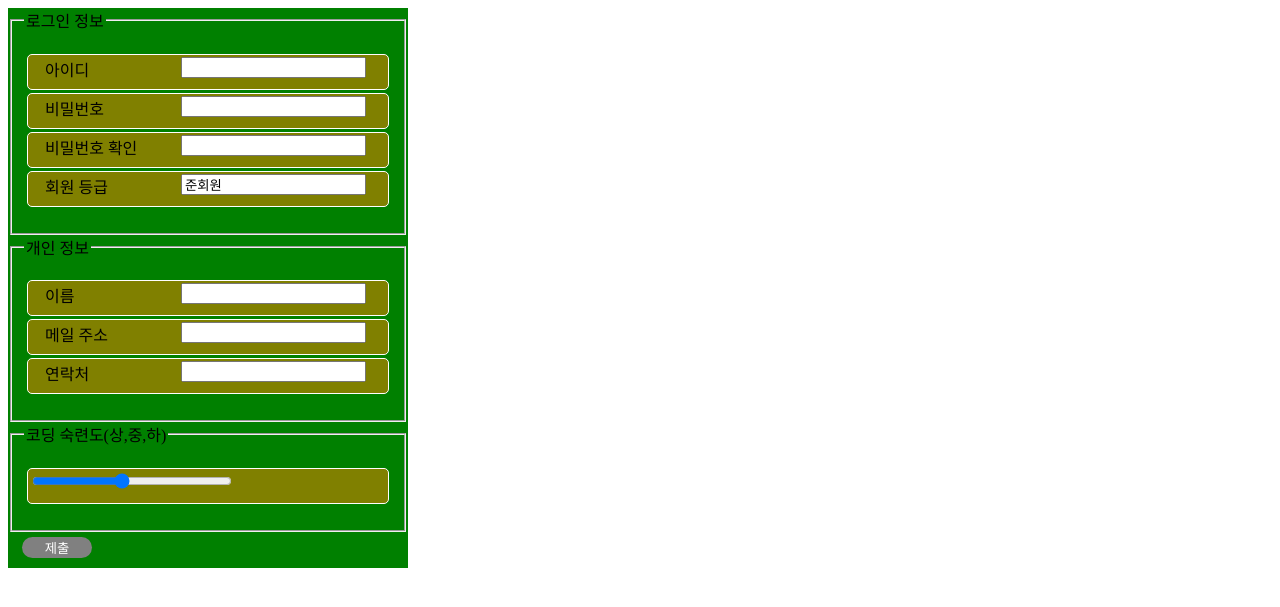
Repository: giwon8701/Qclass_KH
Page: Workspace_Java/testWebProject/test.html
An editor plug-in stored every save of this project. The page is shown before and after the next save, followed by the edit.
The browser window is 1280 px wide. The pictures show the whole page.

Above is the page before, as saved 2021-01-11 02:40:27.

### Workspace_Java/testWebProject/test.html
<head>
</head><!doctype html>
<html lang="ko">
<head>
<meta charset="UTF-8">
<link href="test_css.css" rel="stylesheet" type="text/css">
</head>

<body>
<form class="navi">
	<fieldset>
		<legend>로그인 정보</legend>
		<ol>
			<li>
				<label>아이디</label>
				<input type="text" id="id">
			</li>

			<li>
				<label>비밀번호</label>
				<input type="text" id="pw">
			</li>

			<li>
				<label>비밀번호 확인</label>
				<input type="text" id="pw_confirm">
			</li>

			<li>
				<label>회원 등급</label>
				<input type="text" id="grade" value="준회원">
			</li>
		</ol>
	</fieldset>

	<fieldset>
		<legend>개인 정보</legend>
		<ol>
			<li>
				<label>이름</label>
				<input type="text" id="name">
			</li>

			<li>
				<label>메일 주소</label>
				<input type="text" id="email">
			</li>

			<li>
				<label>연락처</label>
				<input type="text" id="phone_number">
			</li>
		</ol>
	</fieldset>

	<fieldset>
		<legend>코딩 숙련도(상,중,하)</legend>
		<ol>
			<li>
				<input type="range" id="coding_level" min="1" max="10" step="2">
			</li>
		</ol>
	</fieldset>

	<fieldset class="group_submit">
		<input type="submit" class="btn_submit" value="제출">
	</fieldset>
</form>
</body>
</html>

### Workspace_Java/testWebProject/test_css.css
.navi {
	background: green;
	width: 400px;
}
.navi ol {
	padding: 0px;
}
.navi ol li {
	list-style-type: none;
	border-style: solid;
	border-width: thin;
	border-color: white;
	border-radius: 5px;
	height: 30px;
	margin: 3px;
	padding: 2px;
	background: olive;
}
.navi ol li label {
	width: 100px;
	padding: 15px;
	top:10%;
}
.navi ol li input {
	float: right;
	margin-right: 20px;
}
.group_submit {
	border-style: none;
}
.btn_submit {
	width:70px;
	border-radius: 13px;
	border-style: none;
	background: gray;
	color: white;

}
#coding_level {
	float: left;
	width: 200px;
}

After the next save:
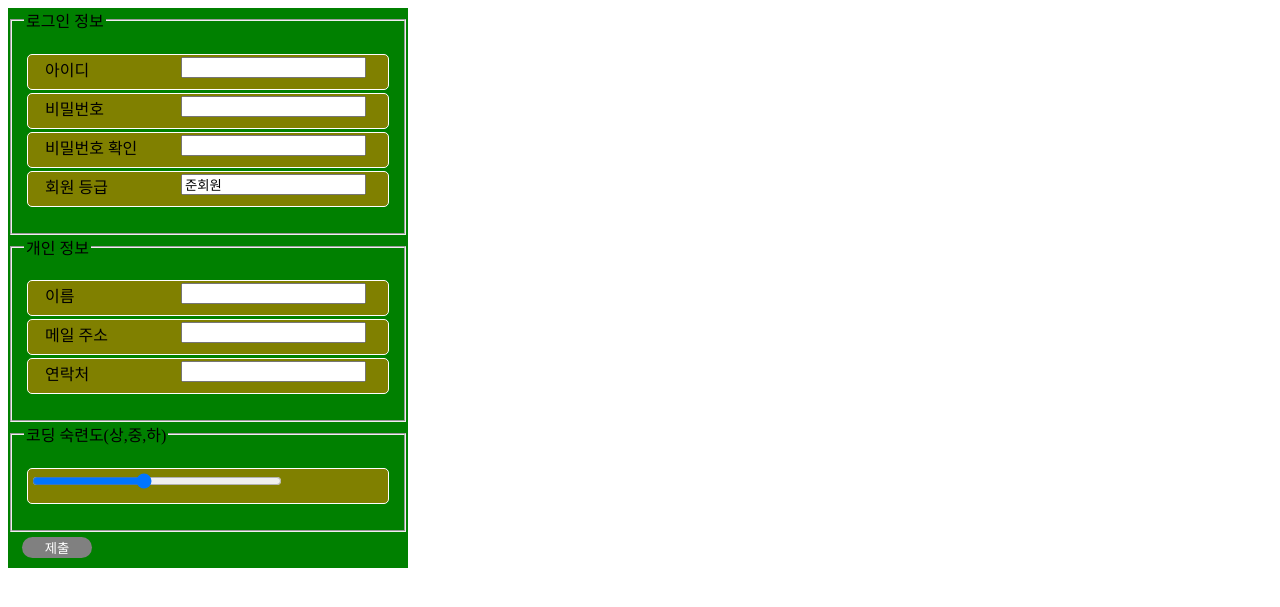
Saved 6 s later.
--- a/Workspace_Java/testWebProject/test_css.css
+++ b/Workspace_Java/testWebProject/test_css.css
@@ -38,5 +38,5 @@
 }
 #coding_level {
 	float: left;
-	width: 200px;
+	width: 250px;
 }
